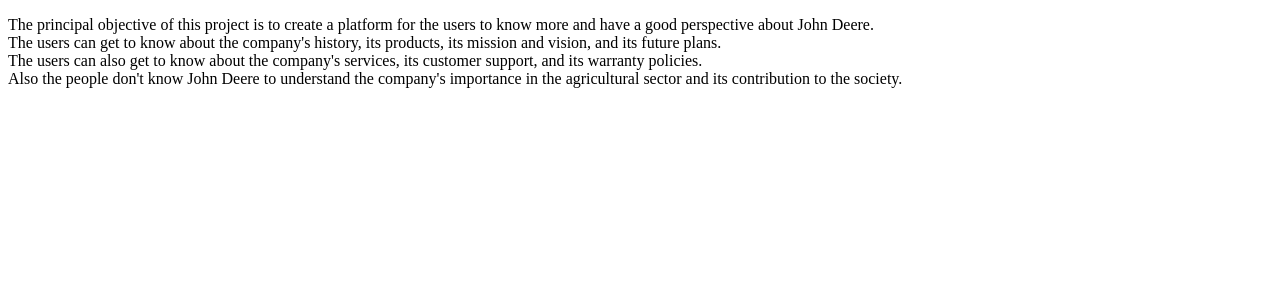
Repository: EduardoJunqueira2004/WEBJohnDeere
Page: aboutus.html
An editor plug-in stored every save of this project. The page is shown before and after the next save, followed by the edit.
The browser window is 1280 px wide. The pictures show the whole page.

Above is the page before, as saved 2024-12-05 11:31:05.

### aboutus.html
<!DOCTYPE html>
<html lang="en">
<head>
    <meta charset="UTF-8">
    <meta name="viewport" content="width=device-width, initial-scale=1.0">
    <title>AboutUs.html</title>
</head>
<body>
    <p>
        The principal objective of this project is to create a platform for the users to know more and have a good perspective about John Deere.<br>
        The users can get to know about the company's history, its products, its mission and vision, and its future plans.<br>
        The users can also get to know about the company's services, its customer support, and its warranty policies.<br>
        Also the people don't know John Deere to understand the company's importance in the agricultural sector and its contribution to the society.<br>

    </p>
</body>
</html>

After the next save:
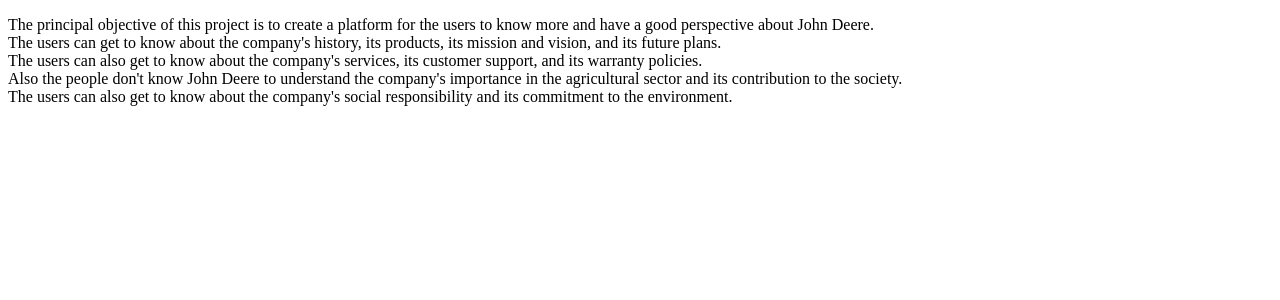
Saved 11 s later.
--- a/aboutus.html
+++ b/aboutus.html
@@ -11,6 +11,7 @@
         The users can get to know about the company's history, its products, its mission and vision, and its future plans.<br>
         The users can also get to know about the company's services, its customer support, and its warranty policies.<br>
         Also the people don't know John Deere to understand the company's importance in the agricultural sector and its contribution to the society.<br>
+        The users can also get to know about the company's social responsibility and its commitment to the environment.<br>
 
     </p>
 </body>
